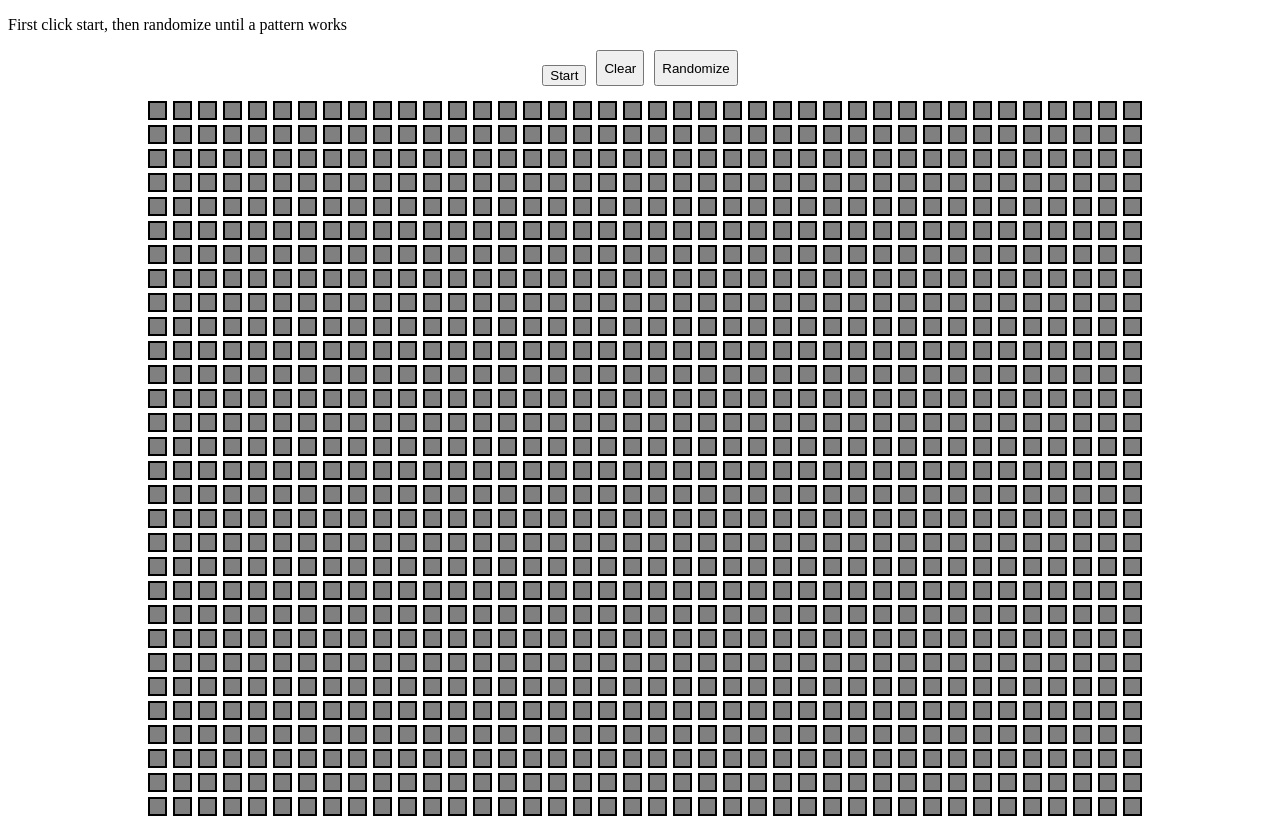
Repository: avanbussum/cellular-automata
Page: /
An editor plug-in stored every save of this project. The page is shown before and after the next save, followed by the edit.
The browser window is 1280 px wide. The pictures show the whole page.
The project was rebuilt for these pictures with package versions that can differ from the ones it lists, and the page was loaded fresh each time.

Above is the page before, as saved 2023-04-29 01:42:13.

After the next save:
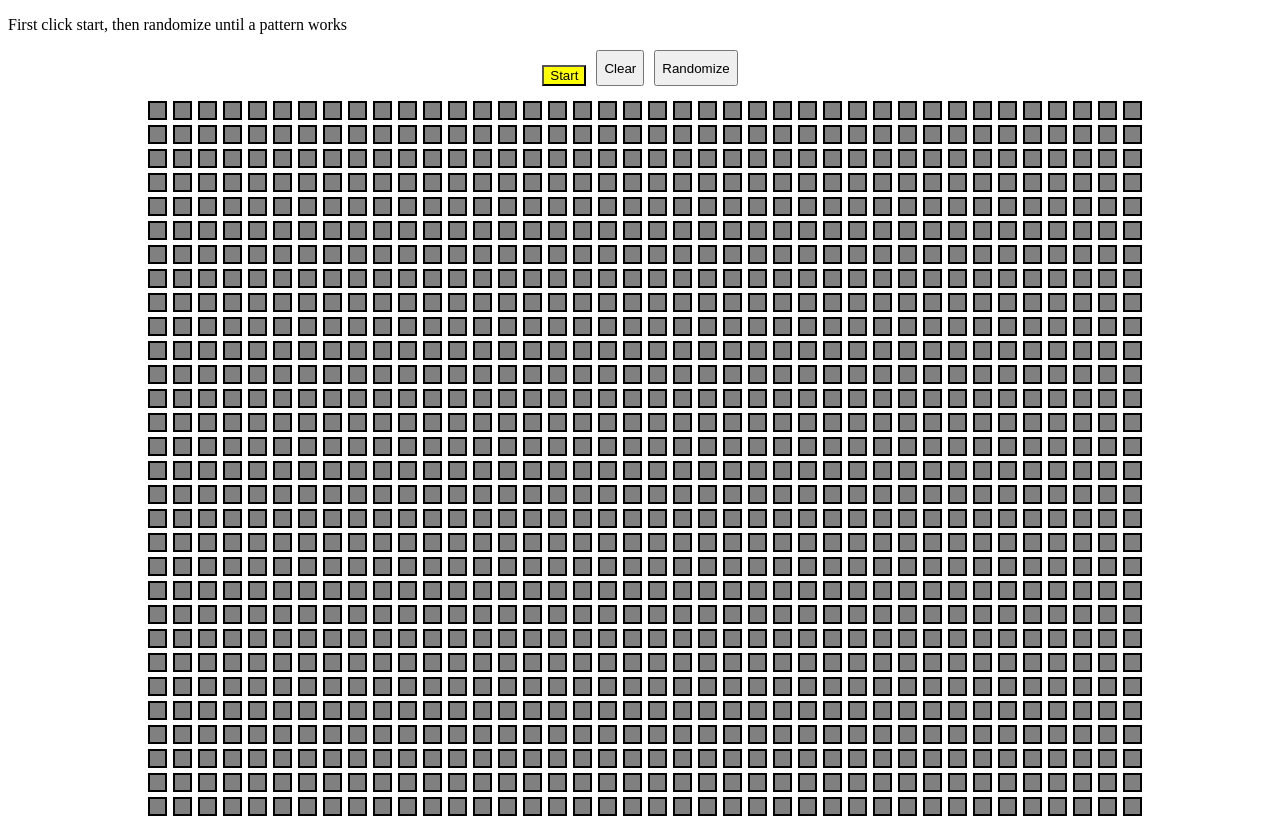
Saved 5 s later.
--- a/src/App.js
+++ b/src/App.js
@@ -147,7 +147,7 @@
         }}>
           <button
           style={{
-            background: 'flex',
+            background: 'yellow',
             justifyContent: 'center',
             marginTop: '15px',
             gap:'10px'

After the 2 saves that followed:
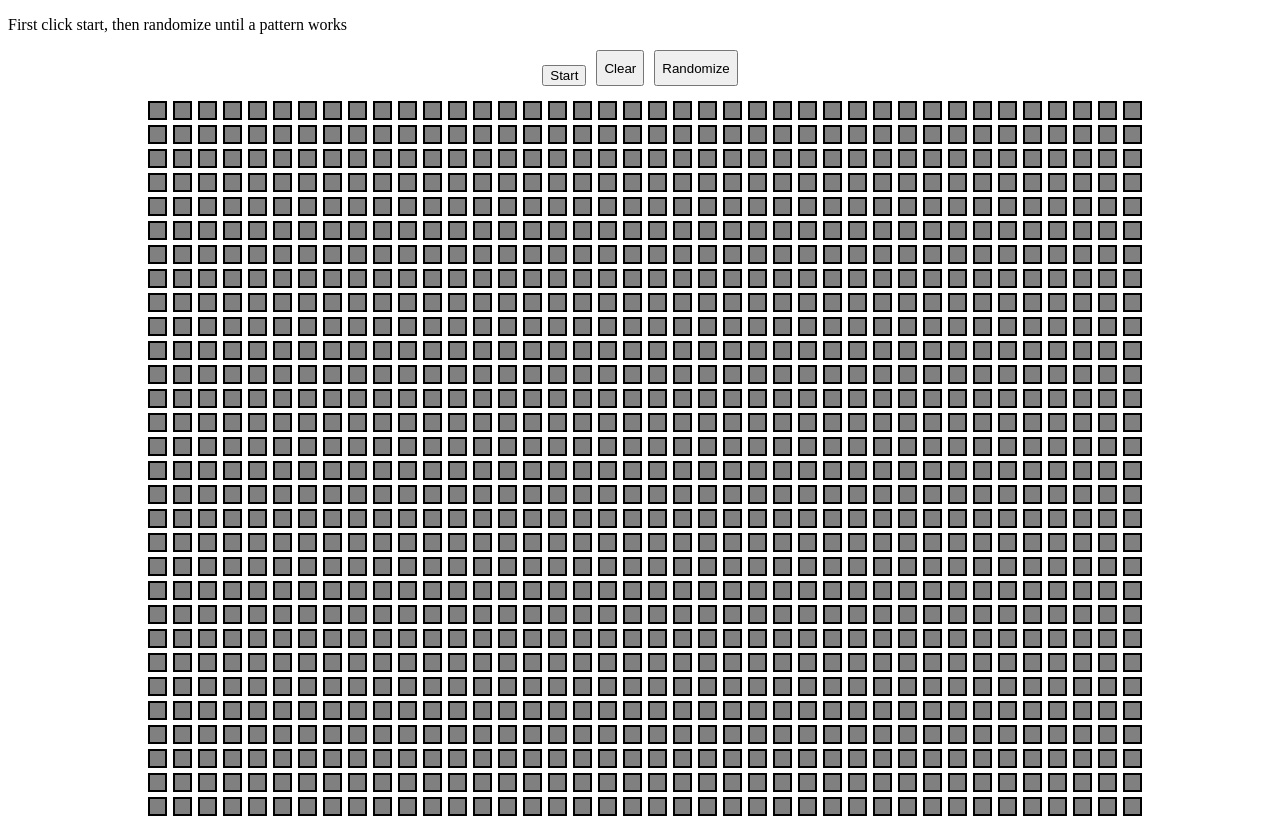
The 2 saves are shown as one change because they came seconds apart.
The last was saved 10 s later.
--- a/src/App.js
+++ b/src/App.js
@@ -147,7 +147,7 @@
         }}>
           <button
           style={{
-            background: 'yellow',
+            display: 'flex',
             justifyContent: 'center',
             marginTop: '15px',
             gap:'10px'
